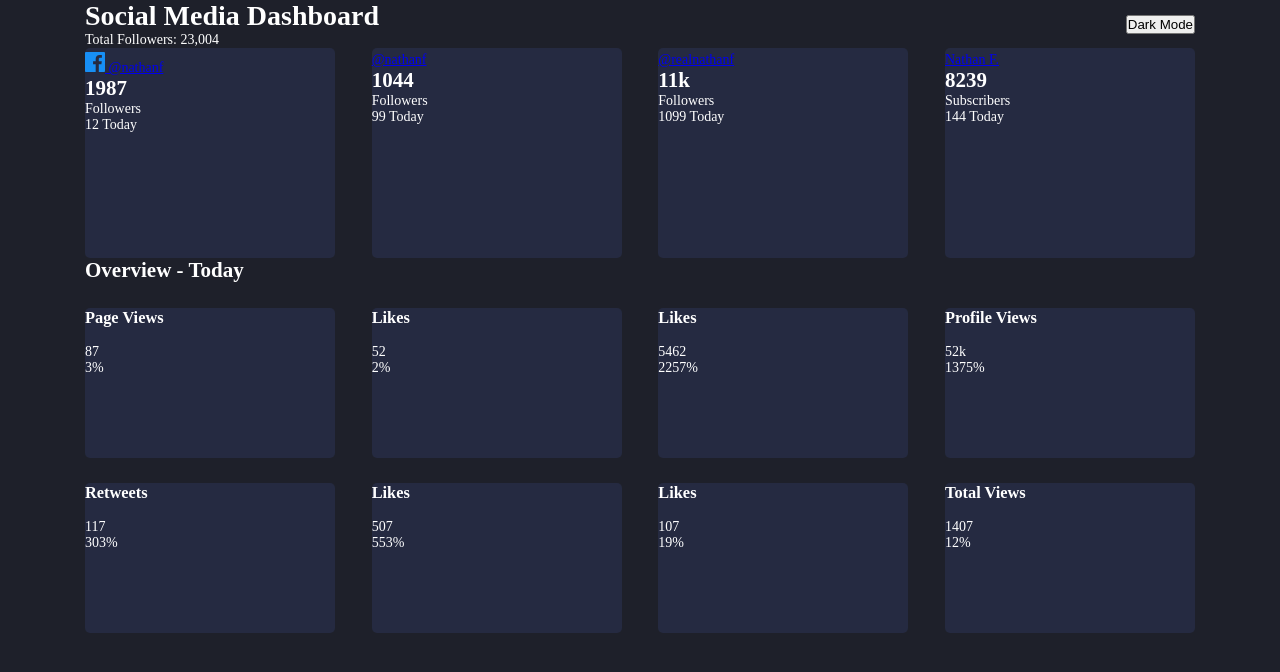
Repository: mamulini/social-media-dashboard-with-theme-switcher-master
Page: index.html
The author's editor kept a copy of each file at every save. The page is drawn from the files as they stood at one save, then again after the next save.
The browser window is 1280 px wide. The pictures show the whole page.

Above is the page before, as saved 2020-04-06 13:40:55.

### index.html
<!DOCTYPE html>
<html lang="en">

<head>
  <meta charset="UTF-8">
  <meta name="viewport" content="width=device-width, initial-scale=1.0">
  <link rel="icon" type="image/png" sizes="32x32" href="./images/favicon-32x32.png">
  <link rel="stylesheet" href="./css/style.css">
  <title>Frontend Mentor | [Challenge Name Here]</title>
</head>

<body>
  <main class="dashboard container">
    <header class="header">
      <div class="title">
        <h1 class="title__name">Social Media Dashboard</h1>
        <p class="title__total">Total Followers: 23,004</p>
      </div>
      <button class="theme" type="button">Dark Mode</button>
    </header>
    <div class="followers_block">
      <div class="folowers">

        <a class="followers__link" href="#"><svg xmlns="http://www.w3.org/2000/svg" width="20" height="20">
          <path fill="#178FF5" d="M18.896 0H1.104C.494 0 0 .494 0 1.104v17.793C0 19.506.494 20 1.104 20h9.58v-7.745H8.076V9.237h2.606V7.01c0-2.583 1.578-3.99 3.883-3.99 1.104 0 2.052.082 2.329.119v2.7h-1.598c-1.254 0-1.496.597-1.496 1.47v1.928h2.989l-.39 3.018h-2.6V20h5.098c.608 0 1.102-.494 1.102-1.104V1.104C20 .494 19.506 0 18.896 0z"/>
        </svg> @nathanf</a>
        <h2 class="followers__sum">1987</h2>
        <p class="followers__title">Followers</p>
        <p class="followers__today">12 Today</p>
      </div>
      <div class="folowers">
        <a class="followers__link" href="#">@nathanf
        </a>
        <h2 class="followers__sum">1044</h2>
        <p class="followers__title">Followers</p>
        <p class="followers__today">99 Today</p>
      </div>
      <div class="folowers">
        <a class="followers__link" href="#">@realnathanf


        </a>
        <h2 class="followers__sum">11k</h2>
        <p class="followers__title">Followers</p>
        <p class="followers__today">1099 Today</p>
      </div>
      <div class="folowers">
        <a class="followers__link" href="#">Nathan F.
        </a>
        <h2 class="followers__sum">8239</h2>
        <p class="followers__title">Subscribers</p>
        <p class="followers__today">144 Today</p>
      </div>

    </div>
    <div class="overview">
      <h2 class="overview__title">Overview - Today</h2>
    </div>
    <div class="likes_counter">
      <div class="likes">
        <h3 class="likes__title">Page Views</h3>
        <img src="" alt="" class="like__icon">
        <p class="likes__num">87</p>
        <p class="likes__procent">3%</p>
      </div>
      <div class="likes">
        <h3 class="likes__title">Likes</h3>
        <img src="" alt="" class="like__icon">
        <p class="likes__num">52</p>
        <p class="likes__procent">2%</p>
      </div>
      <div class="likes">
        <h3 class="likes__title">Likes</h3>
        <img src="" alt="" class="like__icon">
        <p class="likes__num">5462</p>
        <p class="likes__procent">2257%</p>
      </div>
      <div class="likes">
        <h3 class="likes__title">Profile Views</h3>
        <img src="" alt="" class="like__icon">
        <p class="likes__num">52k</p>
        <p class="likes__procent">1375%</p>
      </div>
      <div class="likes">
        <h3 class="likes__title">Retweets</h3>
        <img src="" alt="" class="like__icon">
        <p class="likes__num">117</p>
        <p class="likes__procent">303%</p>
      </div>
      <div class="likes">
        <h3 class="likes__title">Likes</h3>
        <img src="" alt="" class="like__icon">
        <p class="likes__num">507</p>
        <p class="likes__procent">553%</p>
      </div>
      <div class="likes">
        <h3 class="likes__title">Likes</h3>
        <img src="" alt="" class="like__icon">
        <p class="likes__num">107</p>
        <p class="likes__procent">19%</p>
      </div>
      <div class="likes">
        <h3 class="likes__title">Total Views</h3>
        <img src="" alt="" class="like__icon">
        <p class="likes__num">1407</p>
        <p class="likes__procent">12%</p>
      </div>
    </div>
  </main>
  <!-- <div class="attribution">
    Challenge by <a href="https://www.frontendmentor.io?ref=challenge" target="_blank">Frontend Mentor</a>.
    Coded by <a href="#">Your Name Here</a>.
  </div> -->
</body>

</html>

### css/style.css
*{
    padding: 0;
    margin: 0;
    box-sizing: border-box;
}

body{
    font-size: 14px;
    background: hsl(230, 17%, 14%);
    color: #ffffff;
}

.container{
    max-width: 1110px;
    margin: 0 auto;

}

.header{
    display: flex;
    justify-content: space-between;
    align-items: center;
}

.followers_block{
    display: flex;
    justify-content: space-between;
}

.folowers{
    width: 250px;
    height: 210px;
    background: #e4e4e4;
    border-top: 4px solid #178FF5;
    border-radius: 5px;
    background: hsl(228, 28%, 20%);
    border-image: linear-gradient(#f6b73c, #4d9f0c) ;
}

.likes_counter{
    display: flex;
    justify-content: space-between;
    flex-wrap: wrap;
}

.likes{
    flex: 0 0 calc(25% - #{$gap});
    width: 250px;
    height: 150px;
    background:  hsl(228, 28%, 20%);
    margin-top: 25px;
    border-radius: 5px;
}






.attribution { font-size: 11px; text-align: center; }
.attribution a { color: hsl(228, 45%, 44%); }

After the next save:
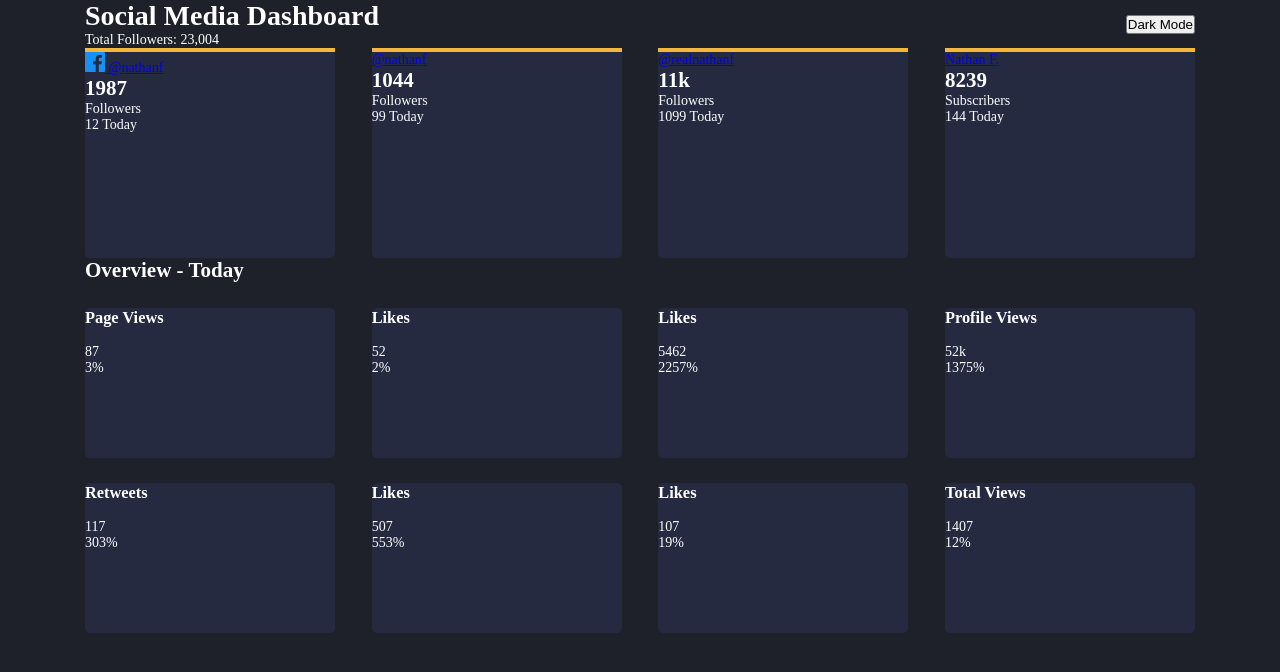
Saved 11 s later.
--- a/css/style.css
+++ b/css/style.css
@@ -34,7 +34,7 @@ body{
     border-top: 4px solid #178FF5;
     border-radius: 5px;
     background: hsl(228, 28%, 20%);
-    border-image: linear-gradient(#f6b73c, #4d9f0c) ;
+    border-image: linear-gradient(#f6b73c, #4d9f0c) 5;
 }
 
 .likes_counter{
